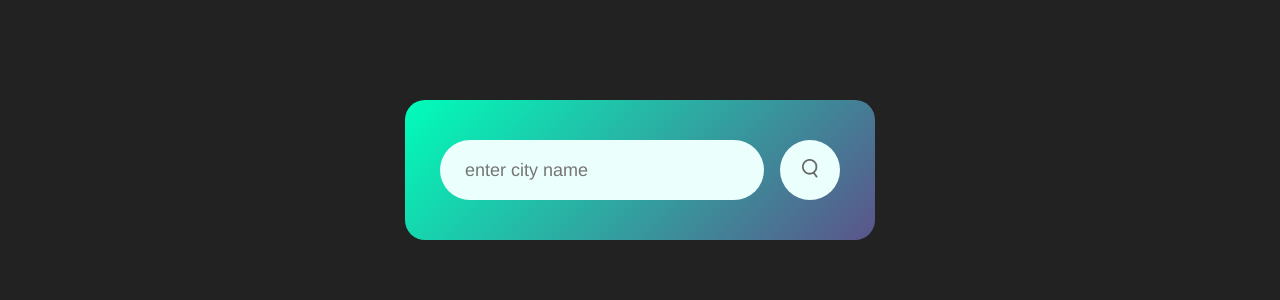
Repository: sodmaq/weatherApp
Page: index.html
These files come from the project's save history. The page is drawn as it stood at one moment and after the next save; the edit follows.
The browser window is 1280 px wide. The pictures show the whole page.

Above is the page before, as saved 2023-06-25 14:17:01.

### index.html
<!DOCTYPE html>
<html lang="en">
  <head>
    <meta charset="UTF-8" />
    <meta name="viewport" content="width=device-width, initial-scale=1.0" />
    <link rel="stylesheet" href="style.css" />
    <title>Weather App</title>
  </head>
  <body>
    <div class="card">
      <div class="search">
        <input type="text" placeholder="enter city name" spellcheck="false" />
        <button><img src="images/search.png" alt="search_icon" /></button>
      </div>
      <div class="error">
        <p></p>
      </div>
      <div class="weather">
        <img src="images/rain.png" alt="rain_icon" class="weather-icon" />
        <h1 class="temp">22 °C</h1>
        <h2 class="city">New York</h2>
        <div class="details">
          <div class="col">
            <img src="images/humidity.png" alt="humidity_icon" />
            <div>
              <p class="humidity">50%</p>
              <p>humidity</p>
            </div>
          </div>
          <div class="col">
            <img src="images/wind.png" alt="wind_icon" />
            <div>
              <p class="wind">15 km/h</p>
              <p>Wind Speed</p>
            </div>
          </div>
        </div>
      </div>
    </div>
    <script src="main.js"></script>
  </body>
</html>

### style.css
* {
  margin: 0;
  padding: 0;
  font-family: "Franklin Gothic Medium", "Arial Narrow", Arial, sans-serif;
  box-sizing: border-box;
}

body {
  background-color: #222;
}

.card {
  width: 90%;
  max-width: 470px;
  background: linear-gradient(135deg, #00feba, #5b548a);
  color: #fff;
  margin: 100px auto 0;
  border-radius: 20px;
  padding: 40px 35px;
  text-align: center;
}

.search {
  width: 100%;
  display: flex;
  align-items: center;
  justify-content: space-between;
}

.search input {
  border: 0;
  outline: 0;
  background: #ebfffc;
  color: #555;
  padding: 10px 25px;
  height: 60px;
  border-radius: 30px;
  flex: 1;
  margin-right: 16px;
  font-size: 18px;
}

.search button {
  border: 0;
  outline: 0;
  background: #ebfffc;
  border-radius: 50%;
  width: 60px;
  height: 60px;
  cursor: pointer;
}

.search button img {
  width: 16px;
}

.weather-icon {
  width: 170px;
  margin-top: 30px;
}

.weather h1 {
  font-size: 80px;
  font-weight: 500;
}

.weather h2 {
  font-size: 45px;
  font-weight: 400;
  margin-top: -10px;
}

.details {
  display: flex;
  align-items: center;
  justify-content: space-between;
  padding: 0 20px;
  margin-top: 50px;
}

.col {
  display: flex;
  align-items: center;
  text-align: left;
}

.col img {
  width: 40px;
  margin-right: 10px;
}

.humidity,
.wind {
  font-size: 28px;
  margin-top: -6px;
}
.weather{
  display: none;
}

### main.js
const apikey = "7d6e6749b309d6d1e4633769c53216d1";
const apiUrl =
  "https://api.openweathermap.org/data/2.5/weather?units=metric&q=";

const searchBox = document.querySelector(".search input");
const searchBtn = document.querySelector(".search button");
const weatherIcon = document.querySelector(".weather-icon");
async function checkWeather() {
  const response = await fetch(apiUrl + city + `&appid=${apikey}`);
  var data = await response.json();
  console.log(data);

  document.querySelector(".city").innerHTML = data.name;
  document.querySelector(".temp").innerHTML = Math.round(data.main.temp + "°C");
  document.querySelector(".humidity").innerHTML = data.main.humidity + "%";
  document.querySelector(".wind").innerHTML = data.wind.speed + " km/h";

  if (data.weather[0].main === "Clouds") {
    weatherIcon.src = "images/clouds.png";
  } else if (data.weather[0].main === "Clear") {
    weatherIcon.scr = "images/clear.png";
  } else if (data.weather[0].main === "Rain") {
    weatherIcon.scr = "images/rain.png";
  } else if (data.weather[0].main === "Drizzle") {
    weatherIcon.scr = "images/drizzle.png";
  } else if (data.weather[0].main === "Mist") {
    weatherIcon.scr = "images/mist.png";
  }

  document.querySelector(".weather").style.display = "block";
}
searchBtn.addEventListener("click", () => {
  checkWeather(searchBox);
});

After the next save:
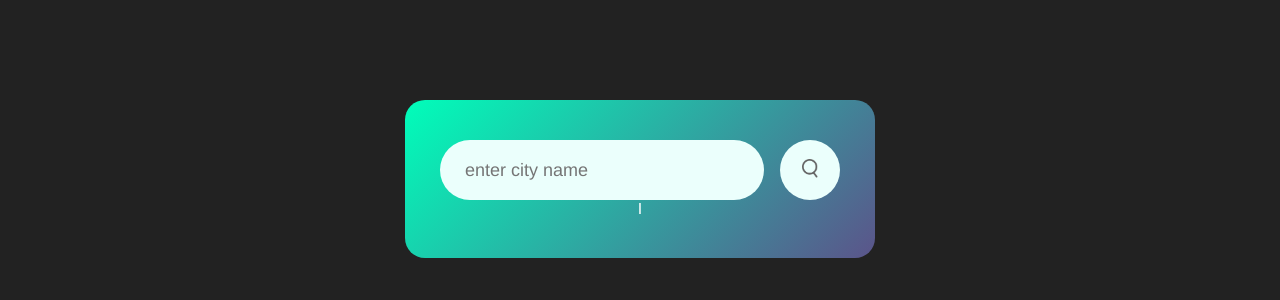
Saved 4 s later.
--- a/index.html
+++ b/index.html
@@ -13,7 +13,7 @@
         <button><img src="images/search.png" alt="search_icon" /></button>
       </div>
       <div class="error">
-        <p></p>
+        <p>I</p>
       </div>
       <div class="weather">
         <img src="images/rain.png" alt="rain_icon" class="weather-icon" />
